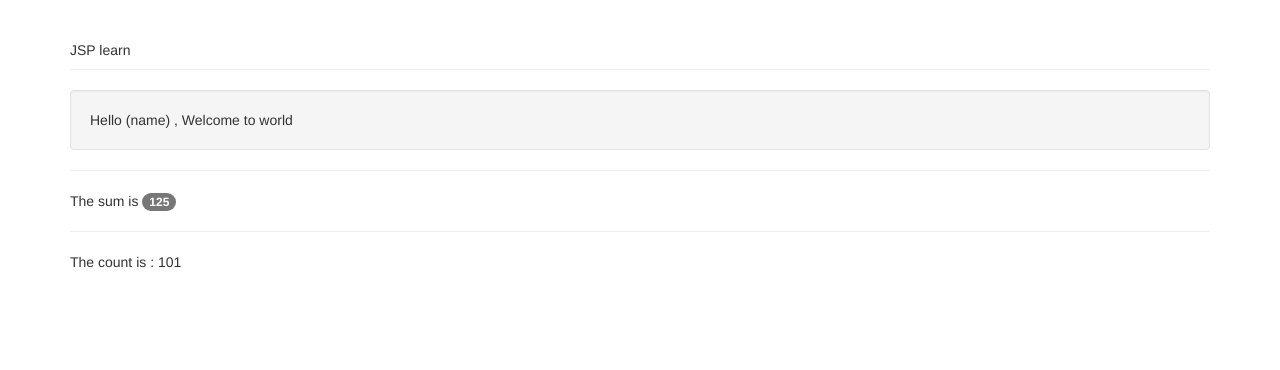
Repository: nagabhushanamn/itc-batch
Page: http://localhost/JSP-learn/hello
These files come from the project's save history. The page is drawn as it stood at one moment and after the next save; the edit follows.
The browser window is 1280 px wide. The pictures show the whole page.
The page is served by Tomcat 9.

Above is the page before, as saved 2017-03-12 05:13:41.

After the next save:
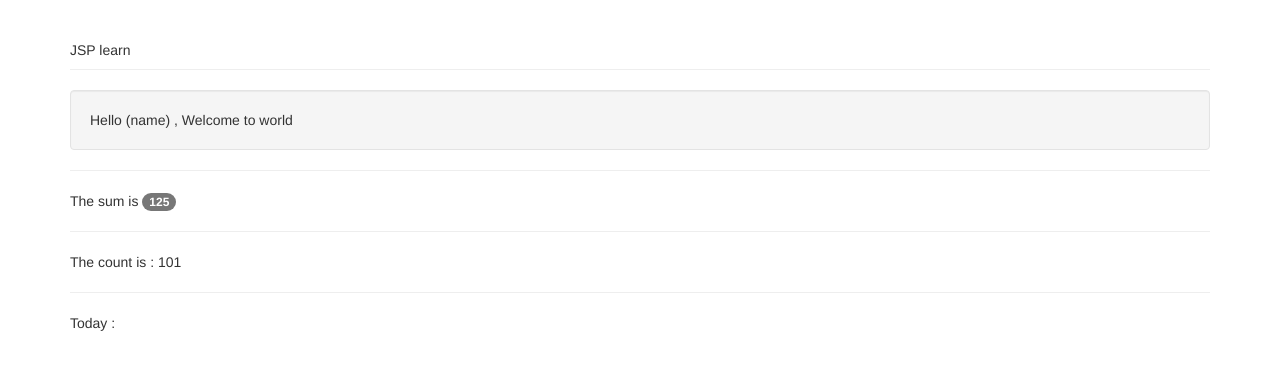
Saved 107 s later.
--- a/new/JSP-learn/WebContent/welcome.jsp
+++ b/new/JSP-learn/WebContent/welcome.jsp
@@ -41,6 +41,10 @@
 	<!-- HTML comment -->
 	<%-- JSP comment --%>
 
+	<hr/>
+
+	Today :
+
 
 
 </body>
